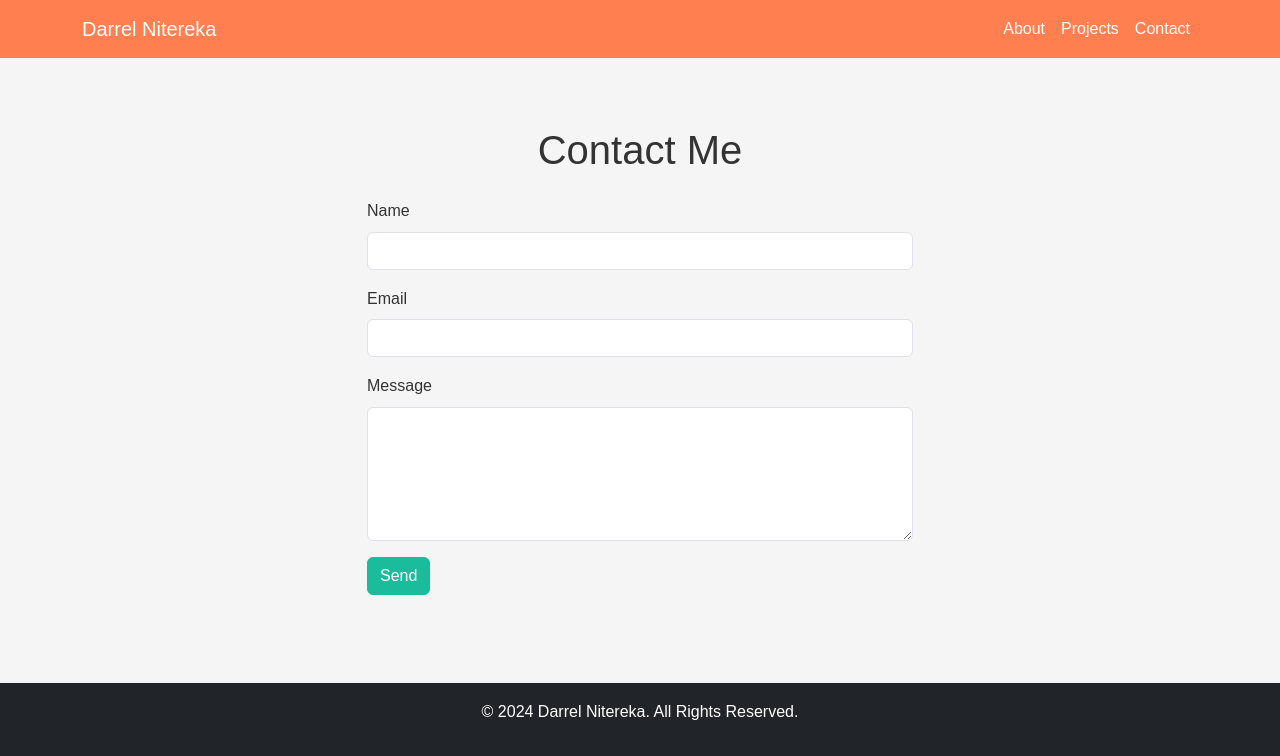
Repository: DarrelN15/DarrelN15.github.io
Page: contact.html
The author's editor kept a copy of each file at every save. The page is drawn from the files as they stood at one save, then again after the next save.
The browser window is 1280 px wide. The pictures show the whole page.

Above is the page before, as saved 2025-01-28 17:23:40.

### contact.html
<!DOCTYPE html>
<html lang="en">
<head>
  <meta charset="UTF-8">
  <meta name="viewport" content="width=device-width, initial-scale=1.0">
  <title>Contact - Darrel Nitereka</title>
  <link href="https://cdn.jsdelivr.net/npm/bootstrap@5.3.0/dist/css/bootstrap.min.css" rel="stylesheet">
  <link rel="stylesheet" href="css/styles.css">
</head>
<body>
  <nav class="navbar navbar-expand-lg navbar-dark bg-dark">
    <div class="container">
      <a class="navbar-brand" href="index.html">Darrel Nitereka</a>
      <button class="navbar-toggler" type="button" data-bs-toggle="collapse" data-bs-target="#navbarNav">
        <span class="navbar-toggler-icon"></span>
      </button>
      <div class="collapse navbar-collapse" id="navbarNav">
        <ul class="navbar-nav ms-auto">
          <li class="nav-item"><a class="nav-link" href="about.html">About</a></li>
          <li class="nav-item"><a class="nav-link" href="projects.html">Projects</a></li>
          <li class="nav-item"><a class="nav-link" href="contact.html">Contact</a></li>
        </ul>
      </div>
    </div>
  </nav>

  <section class="py-5">
    <div class="container">
      <h1 class="text-center">Contact Me</h1>
      <div class="row mt-4">
        <div class="col-md-6 mx-auto">
          <form>
            <div class="mb-3">
              <label for="name" class="form-label">Name</label>
              <input type="text" class="form-control" id="name" required>
            </div>
            <div class="mb-3">
              <label for="email" class="form-label">Email</label>
              <input type="email" class="form-control" id="email" required>
            </div>
            <div class="mb-3">
              <label for="message" class="form-label">Message</label>
              <textarea class="form-control" id="message" rows="5" required></textarea>
            </div>
            <button type="submit" class="btn btn-primary">Send</button>
          </form>
        </div>
      </div>
    </div>
  </section>

  <footer class="bg-dark text-white text-center py-3">
    <div class="container">
      <p>&copy; 2024 Darrel Nitereka. All Rights Reserved.</p>
    </div>
  </footer>

  <script src="https://cdn.jsdelivr.net/npm/bootstrap@5.3.0/dist/js/bootstrap.bundle.min.js"></script>
</body>
</html>

### css/styles.css
/* Warm and Inviting Color Scheme with Gold Accent */
body {
  background-color: #F5F5F5;
  color: #333333;
  font-family: Arial, sans-serif;
  line-height: 1.6;
}

h1, h2, h3 {
  color: #333333;
}

.navbar {
  background-color: #FF7F50 !important; /* Coral */
  margin-bottom: 20px;
}

.navbar-dark .navbar-nav .nav-link {
  color: #FFFFFF !important; /* White text for navbar links */
}

header {
  background: #FF7F50; /* Coral */
  color: #FFFFFF; /* White text */
  padding: 60px 0;
}

.btn-primary {
  background-color: #1ABC9C; /* Teal */
  border-color: #1ABC9C;
  color: #FFFFFF; /* White text */
}

.btn-primary:hover {
  background-color: #16A085; /* Slightly darker teal */
  border-color: #16A085;
}

.card {
  background-color: #FFFFFF;
  color: #333333;
  margin-bottom: 20px;
  border: 1px solid #DDDDDD;
  border-radius: 8px;
  box-shadow: 0 4px 6px rgba(0, 0, 0, 0.1);
}

footer {
  background: #FF7F50; /* Coral */
  color: #FFFFFF; /* White text */
  padding: 20px 0;
  margin-top: 40px;
}

After the next save:
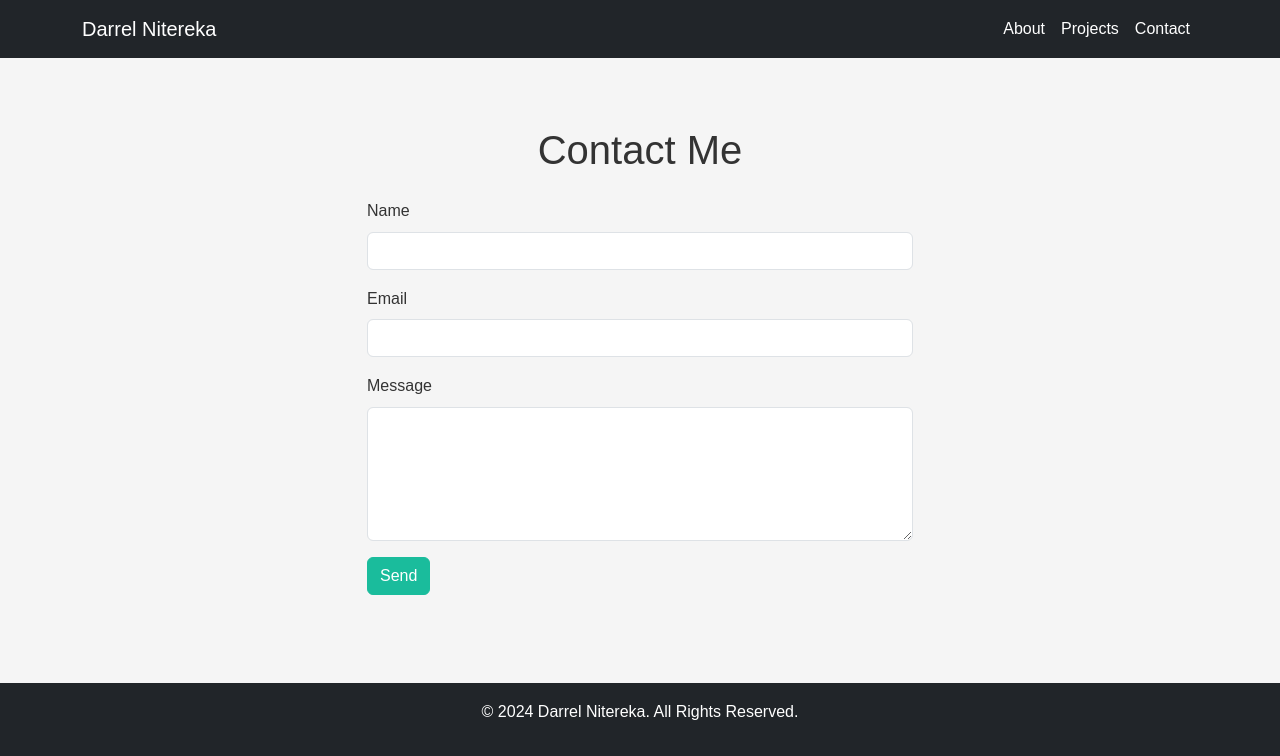
Saved 82 s later.
--- a/css/styles.css
+++ b/css/styles.css
@@ -11,7 +11,7 @@
 }
 
 .navbar {
-  background-color: #FF7F50 !important; /* Coral */
+  background-color: #FF7F50; /* Coral */
   margin-bottom: 20px;
 }
 

After the save that followed:
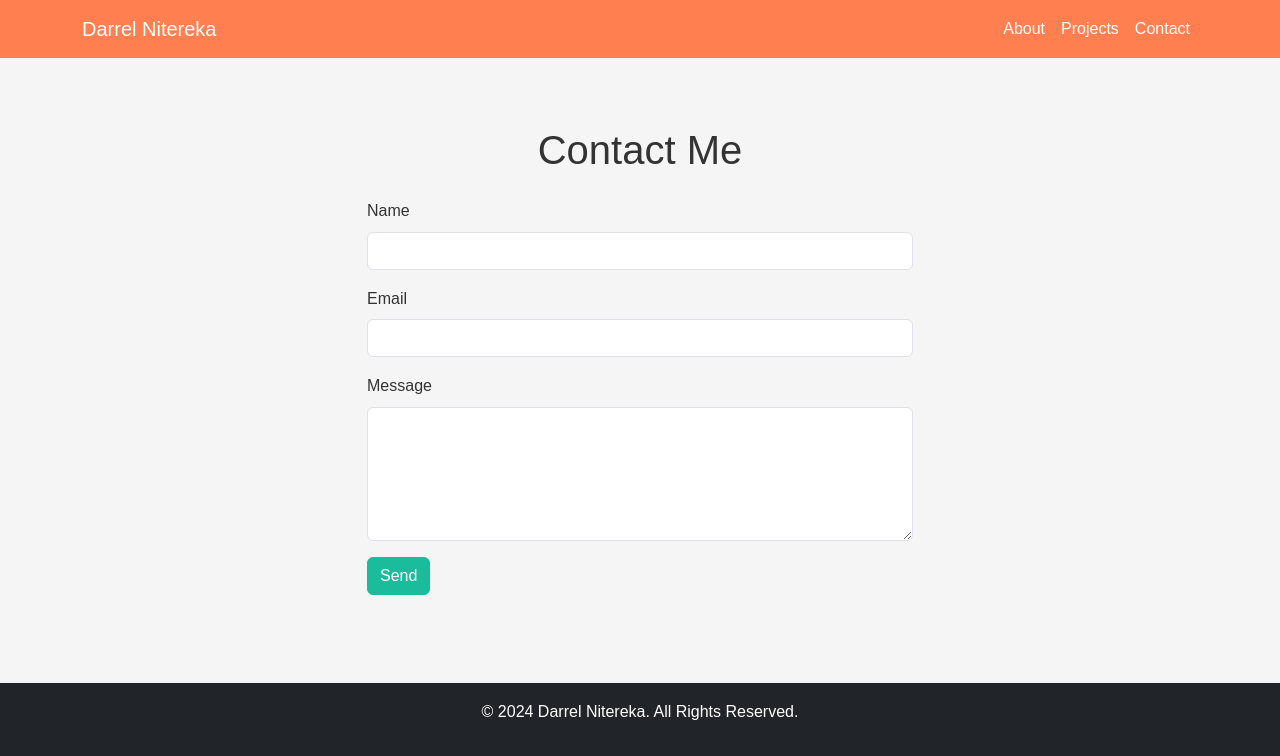
Saved 5 s later.
--- a/css/styles.css
+++ b/css/styles.css
@@ -11,7 +11,7 @@
 }
 
 .navbar {
-  background-color: #FF7F50; /* Coral */
+  background-color: #FF7F50 !important; /* Coral */
   margin-bottom: 20px;
 }
 
